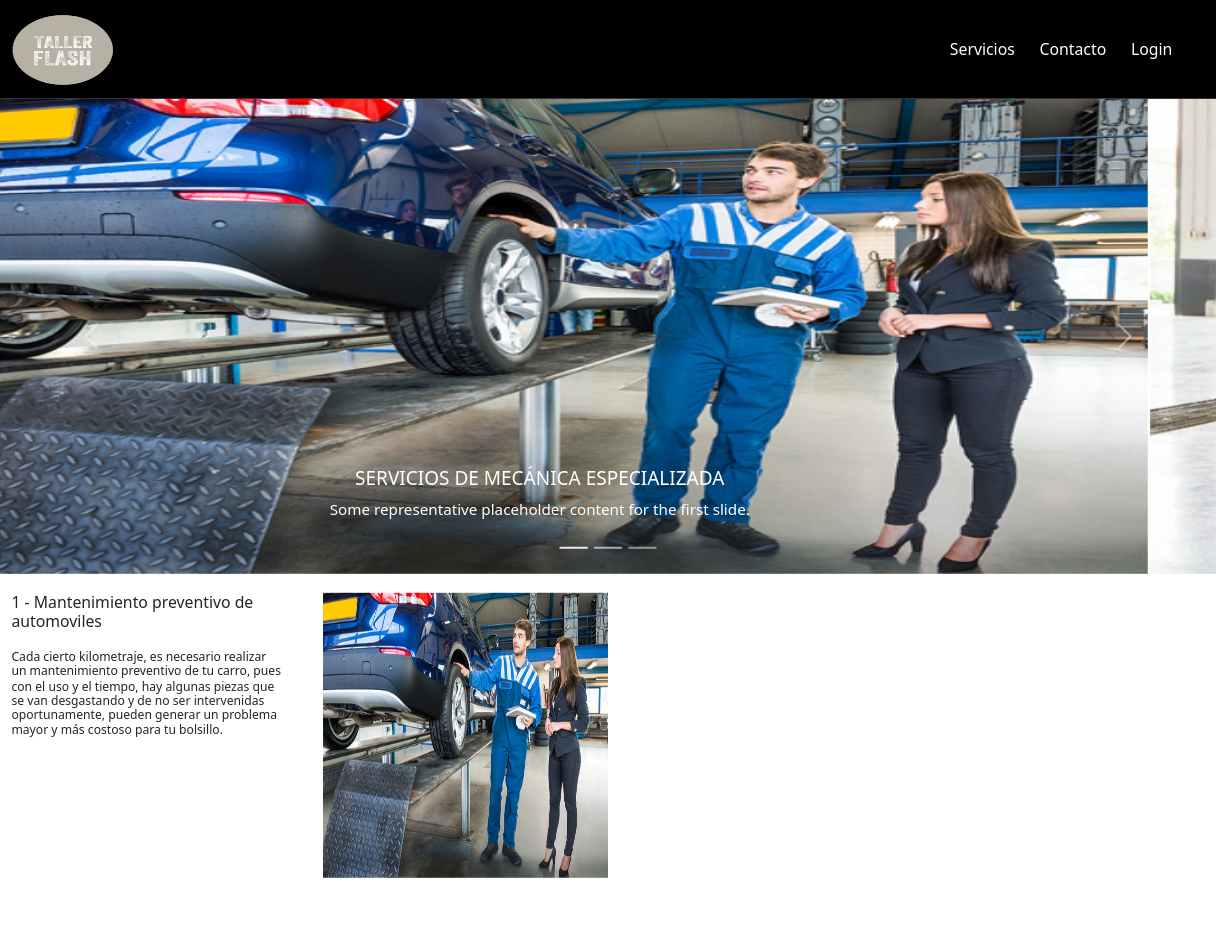
Repository: nder1996/Boostrap.Taller.Arquitectura
Page: Index.html
An editor plug-in stored every save of this project. The page is shown before and after the next save, followed by the edit.
The browser window is 1280 px wide. The pictures show the whole page, at 95% of full size.

Above is the page before, as saved 2021-07-23 06:36:49.

### Index.html
<!DOCTYPE html>
<html lang="en">

<head>
	<meta charset="UTF-8">
	<meta name="viewport" content="width=device-width, initial-scale=1.0">
	<link rel="shortcut icon" href="img/Logo.png">
	<link href="https://cdn.jsdelivr.net/npm/bootstrap@5.0.2/dist/css/bootstrap.min.css" rel="stylesheet"
		integrity="sha384-EVSTQN3/azprG1Anm3QDgpJLIm9Nao0Yz1ztcQTwFspd3yD65VohhpuuCOmLASjC" crossorigin="anonymous">
	<link rel="stylesheet" href="https://cdnjs.cloudflare.com/ajax/libs/font-awesome/5.15.3/css/all.min.css"
		integrity="sha512-iBBXm8fW90+nuLcSKlbmrPcLa0OT92xO1BIsZ+ywDWZCvqsWgccV3gFoRBv0z+8dLJgyAHIhR35VZc2oM/gI1w=="
		crossorigin="anonymous" referrerpolicy="no-referrer" />
	<link rel="stylesheet" href="css/style.css">
	<title>Taller Automotriz</title>
</head>

<body>

	<nav class="navbar navbar-expand-lg navbar-light">
		<div class="container-fluid">
			<a class="navbar-brand" href="#"><img src="img/Logo.png" alt="" style='width: 110px; height: 78px;'></a>
			<button class="navbar-toggler" type="button" data-bs-toggle="collapse" data-bs-target="#navbarNav"
				aria-controls="navbarNav" aria-expanded="false" aria-label="Toggle navigation">
				<span class="navbar-toggler-icon"></span>
			</button>
			<div class="collapse navbar-collapse" id="navbarNav">
				<ul class="navbar-nav ms-auto">
					<li class="nav-item">
						<a class="nav-link active" aria-current="page" href="#">Servicios</a>
					</li>
					<li class="nav-item">
						<a class="nav-link" href="#">Contacto</a>
					</li>
					<li class="nav-item">
						<a class="nav-link" href="#">Login</a>
					</li>
				</ul>
			</div>
		</div>
	</nav>
	<div id="carouselExampleCaptions" class="carousel slide" data-bs-ride="carousel">
		<div class="carousel-indicators">
			<button type="button" data-bs-target="#carouselExampleCaptions" data-bs-slide-to="0" class="active"
				aria-current="true" aria-label="Slide 1"></button>
			<button type="button" data-bs-target="#carouselExampleCaptions" data-bs-slide-to="1"
				aria-label="Slide 2"></button>
			<button type="button" data-bs-target="#carouselExampleCaptions" data-bs-slide-to="2"
				aria-label="Slide 3"></button>
		</div>
		<div class="carousel-inner">
			<div class="carousel-item active">
				<img src="img/Mantenimiento_1.jpg" class="d-block w-100" alt="...">
				<div class="carousel-caption d-none d-md-block">
					<h5>SERVICIOS DE MECÁNICA
						ESPECIALIZADA</h5>
					<p>Some representative placeholder content for the first slide.</p>
				</div>
			</div>
			<div class="carousel-item">
				<img src="img/Mantenimiento_3.png" class="d-block w-100" alt="...">
				<div class="carousel-caption d-none d-md-block">
					<h5>SERVICIOS DE MECÁNICA
						ESPECIALIZADA</h5>
					<p>Some representative placeholder content for the second slide.</p>
				</div>
			</div>
			<div class="carousel-item">
				<img src="img/Mantenimiento_2.png" class="d-block w-100" alt="...">
				<div class="carousel-caption d-none d-md-block">
					<h5>Third slide label</h5>
					<p>Some representative placeholder content for the third slide.</p>
				</div>
			</div>
		</div>
		<button class="carousel-control-prev" type="button" data-bs-target="#carouselExampleCaptions"
			data-bs-slide="prev">
			<span class="carousel-control-prev-icon" aria-hidden="true"></span>
			<span class="visually-hidden">Previous</span>
		</button>
		<button class="carousel-control-next" type="button" data-bs-target="#carouselExampleCaptions"
			data-bs-slide="next">
			<span class="carousel-control-next-icon" aria-hidden="true"></span>
			<span class="visually-hidden">Next</span>
		</button>
	</div>
	<div class="container-sm">

	</div>

	<div class="Servicios container-fluid">
		<div class="Servicio" id="Servicio_1">
			<br> <br>
				<h1>1 - Mantenimiento preventivo de automoviles <br> <br>
					<p>
						Cada cierto kilometraje, es necesario realizar un mantenimiento preventivo de tu carro, pues con
						el uso
						y el tiempo, hay algunas piezas que se van desgastando y de no ser intervenidas oportunamente,
						pueden
						generar un problema mayor y más costoso para tu bolsillo.
					</p>
				</h1>
				<br>
				<img src="img/Mantenimiento_1.jpg" alt="" width="300px" height="300px">



	<!--	<button>Más Información</button>
-->



		</div>


	</div>
	<!--
		<div><img src="img/Mantenimiento_2.png" alt="" width="300px" height="300px"></div>
		<div><img src="img/Mantenimiento_3.png" alt="" width="300px" height="300px"></div>
		<div><img src="img/Mantenimiento_4.png" alt="" width="300px" height="300px"></div>
		-->











	<script src="https://cdn.jsdelivr.net/npm/bootstrap@5.0.2/dist/js/bootstrap.bundle.min.js"
		integrity="sha384-MrcW6ZMFYlzcLA8Nl+NtUVF0sA7MsXsP1UyJoMp4YLEuNSfAP+JcXn/tWtIaxVXM" crossorigin="anonymous">
	</script>
	<script src="https://cdnjs.cloudflare.com/ajax/libs/jquery/3.6.0/jquery.min.js"
		integrity="sha512-894YE6QWD5I59HgZOGReFYm4dnWc1Qt5NtvYSaNcOP+u1T9qYdvdihz0PPSiiqn/+/3e7Jo4EaG7TubfWGUrMQ=="
		crossorigin="anonymous" referrerpolicy="no-referrer"></script>
</body>

</html>

### css/style.css
nav{
    background-color: black !important;
}

nav li{
    position:relative;
    margin-left: 10px;
    left:-10%;
}

nav li a{
    color:white !important;
    font-size: 1.3vw;
}

.carousel-inner{
    position:relative;
    width: 100%;
    height: 500px;
}

.carousel-item img{
    position:relative;
    width: 100%;
    height: 500px;
}

.Servicios{
    position:relative;

}

.Servicios .Servicio{
    position:relative;
    display: flex;
    width: 50%;
    height: 350px;
    top:20px
}

.Servicios div h1{
    position:relative;
    text-align: left;
    font-size: 1.3vw;
    width: 60%;

}

.Servicios div p{
    position:relative;
    font-size: 1vw;
    width: 87%;
}

After the next save:
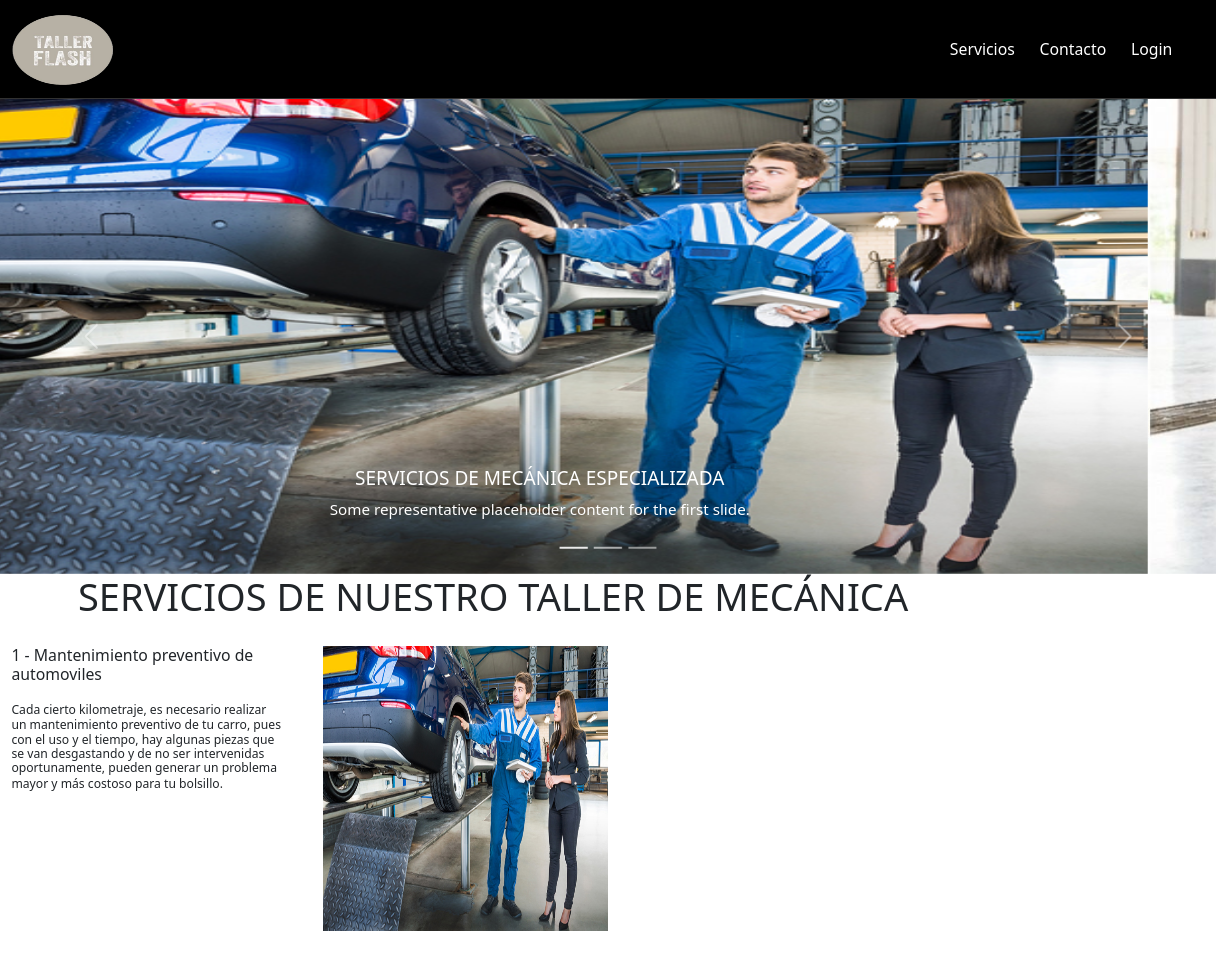
Saved 8 s later.
--- a/Index.html
+++ b/Index.html
@@ -84,7 +84,7 @@
 		</button>
 	</div>
 	<div class="container-sm">
-
+		<h1>SERVICIOS DE NUESTRO TALLER DE MECÁNICA</h1>
 	</div>
 
 	<div class="Servicios container-fluid">
